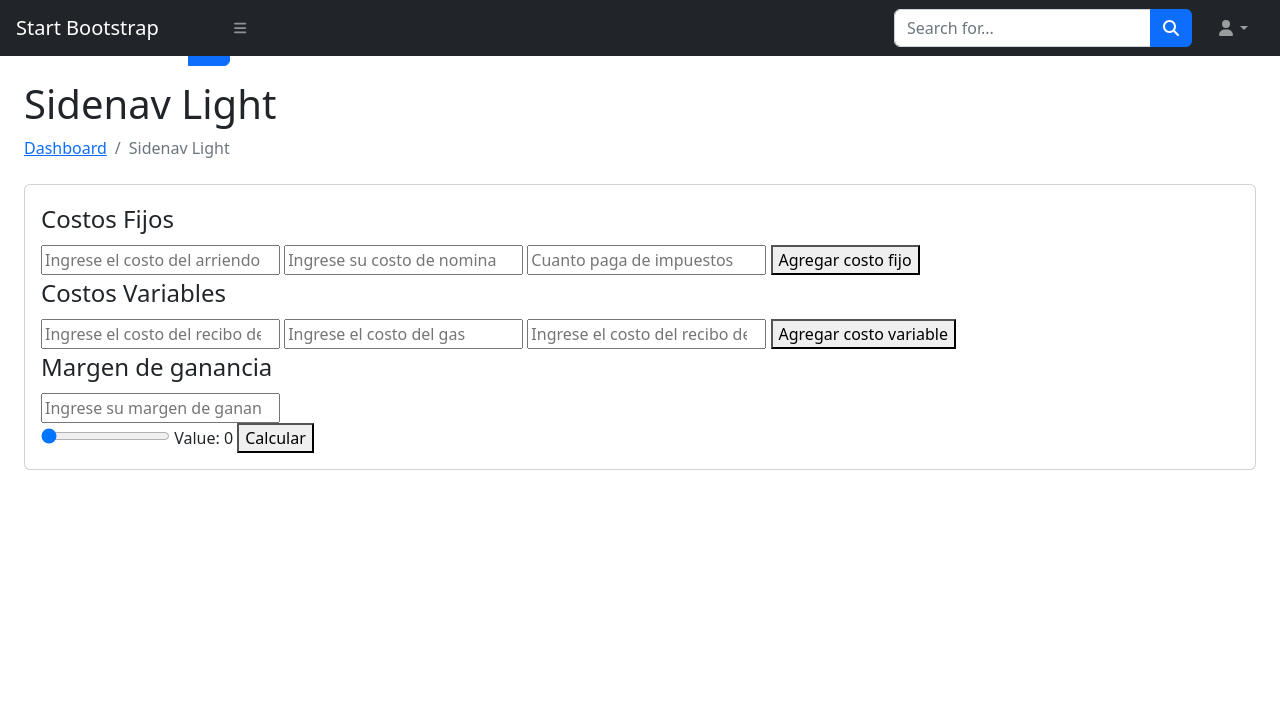
Repository: EstefaMH/Dashboard
Page: costs.html
An editor plug-in stored every save of this project. The page is shown before and after a run of saves, followed by the edit.
The browser window is 1280 px wide. The pictures show the whole page.
Some web libraries are served in a nearby version.

Above is the page before, as saved 2023-12-25 22:05:51.

### costs.html
<!DOCTYPE html>
<html lang="en">

<head>
    <meta charset="utf-8" />
    <meta http-equiv="X-UA-Compatible" content="IE=edge" />
    <meta name="viewport" content="width=device-width, initial-scale=1, shrink-to-fit=no" />
    <meta name="description" content="" />
    <meta name="author" content="" />
    <title>Sidenav Light - SB Admin</title>
    <link href="styles/styles.css" rel="stylesheet" />
    <script src="https://use.fontawesome.com/releases/v6.3.0/js/all.js" crossorigin="anonymous"></script>
</head>

<body class="sb-nav-fixed">
    <navbar-component></navbar-component>
    <div id="layoutSidenav">
        <div id="layoutSidenav_nav">
            <navbar-component></navbar-component>
        </div>
        <div id="layoutSidenav_content">
            <main>
                <div class="container-fluid px-4">
                    <h1 class="mt-4">Sidenav Light</h1>
                    <ol class="breadcrumb mb-4">
                        <li class="breadcrumb-item"><a href="index.html">Dashboard</a></li>
                        <li class="breadcrumb-item active">Sidenav Light</li>
                    </ol>
                    <div class="card mb-4">
                        <div class="card-body">
                            <form name="form_costs" class="form_costs" id="form_costs" onsubmit="submitFormCosts()">
                                <fieldset id="fixed_costs_container" class="costs_fieldset">
                                    <legend>Costos Fijos</legend>
                                    <input required min="0" name="arriendo" type="number"
                                        placeholder="Ingrese el costo del arriendo" />
                                    <input required min="0" name="nomina" type="number"
                                        placeholder="Ingrese su costo de nomina" />
                                    <input required min="0" name="impuestos" type="number"
                                        placeholder="Cuanto paga de impuestos" />
                                    <button onclick="addCost('fixed_costs_container')" id="add_fixed_cost">Agregar costo
                                        fijo</button>
                                </fieldset>

                                <fieldset id="variable_costs_container" class="costs_fieldset">
                                    <legend>Costos Variables</legend>
                                    <input required min="0" name="agua" type="number"
                                        placeholder="Ingrese el costo del recibo del agua" />
                                    <input required min="0" name="gas" type="number"
                                        placeholder="Ingrese el costo del gas" />
                                    <input required min="0" name="luz" type="number"
                                        placeholder="Ingrese el costo del recibo de la luz" />
                                    <button onclick="addCost('variable_costs_container')" id="add_variable_cost">Agregar
                                        costo variable</button>
                                </fieldset>

                                <fieldset id="" class="costs_fieldset">
                                    <legend>Margen de ganancia</legend>
                                    <input required min="0" name="agua" type="number"
                                        placeholder="Ingrese su margen de ganancia" />
                                </fieldset>

                                <input id="range" type="range" value="0" step="1" min="0" max="10000"
                                    onchange="getRange()" />
                                <label>Value: <span id="value_range">0</span></label>



                                <button type="submit" class="btn_form_costs">Calcular</button>
                            </form>
                        </div>
                    </div>
                </div>
            </main>
            <footer-component></footer-component>
        </div>
    </div>
    <script src="https://cdn.jsdelivr.net/npm/bootstrap@5.2.3/dist/js/bootstrap.bundle.min.js"
        crossorigin="anonymous"></script>
    <script src="js/scripts.js"></script>
    <script src="components/NavBar.js"></script>
</body>

</html>

### js/scripts.js
/*!
    * Start Bootstrap - SB Admin v7.0.7 (https://startbootstrap.com/template/sb-admin)
    * Copyright 2013-2023 Start Bootstrap
    * Licensed under MIT (https://github.com/StartBootstrap/startbootstrap-sb-admin/blob/master/LICENSE)
    */
    //
// Scripts
//

window.addEventListener('DOMContentLoaded', event => {

    // Toggle the side navigation
    const sidebarToggle = document.body.querySelector('#sidebarToggle');
    if (sidebarToggle) {
        // Uncomment Below to persist sidebar toggle between refreshes
        // if (localStorage.getItem('sb|sidebar-toggle') === 'true') {
        //     document.body.classList.toggle('sb-sidenav-toggled');
        // }
        sidebarToggle.addEventListener('click', event => {
            event.preventDefault();
            document.body.classList.toggle('sb-sidenav-toggled');
            localStorage.setItem('sb|sidebar-toggle', document.body.classList.contains('sb-sidenav-toggled'));
        });
    }

});

### components/NavBar.js
class NavBarComponent extends HTMLElement {

    constructor() {
        super();
        this.render();
    }

    render() {
        this.innerHTML =
            `
            <nav class="sb-topnav navbar navbar-expand navbar-dark bg-dark">
            <!-- Navbar Brand-->
            <a class="navbar-brand ps-3" href="index.html">Start Bootstrap</a>
            <!-- Sidebar Toggle-->
            <button class="btn btn-link btn-sm order-1 order-lg-0 me-4 me-lg-0" id="sidebarToggle" href="#!"><i class="fas fa-bars"></i></button>
            <!-- Navbar Search-->
            <form class="d-none d-md-inline-block form-inline ms-auto me-0 me-md-3 my-2 my-md-0">
                <div class="input-group">
                    <input class="form-control" type="text" placeholder="Search for..." aria-label="Search for..." aria-describedby="btnNavbarSearch" />
                    <button class="btn btn-primary" id="btnNavbarSearch" type="button"><i class="fas fa-search"></i></button>
                </div>
            </form>
            <!-- Navbar-->
            <ul class="navbar-nav ms-auto ms-md-0 me-3 me-lg-4">
                <li class="nav-item dropdown">
                    <a class="nav-link dropdown-toggle" id="navbarDropdown" href="#" role="button" data-bs-toggle="dropdown" aria-expanded="false"><i class="fas fa-user fa-fw"></i></a>
                    <ul class="dropdown-menu dropdown-menu-end" aria-labelledby="navbarDropdown">
                        <li><a class="dropdown-item" href="#!">Settings</a></li>
                        <li><a class="dropdown-item" href="#!">Activity Log</a></li>
                        <li><hr class="dropdown-divider" /></li>
                        <li><button class="dropdown-item" id="btn-logout">Cerrar Sesión</button></li>
                    </ul>
                </li>
            </ul>
        </nav>


        `
    }
}

customElements.define("navbar-component", NavBarComponent);

### components/Footer.js
class FooterComponent extends HTMLElement {

    constructor() {
        super();
        this.render();
    }

    render() {
        this.innerHTML =
            `
            <footer class="py-4 bg-light mt-auto">
                <div class="container-fluid px-4">
                    <div class="d-flex align-items-center justify-content-between small">
                        <div class="text-muted">Desarrolado &copy; por: </div>
                        <div>
                            <a href="https://www.linkedin.com/in/estefan%C3%ADa-moncaleano">Estefanía Moncaleano</a>
                            &middot;
                            <a href="https://portafolio-react-og8w6l76g-estefamh.vercel.app/skills">Portafolio </a>
                        </div>
                    </div>
                </div>
            </footer>
                `
    }
}

customElements.define("footer-component", FooterComponent);

Loaded but not shown: styles/styles.css (library)

After the next 4 saves:
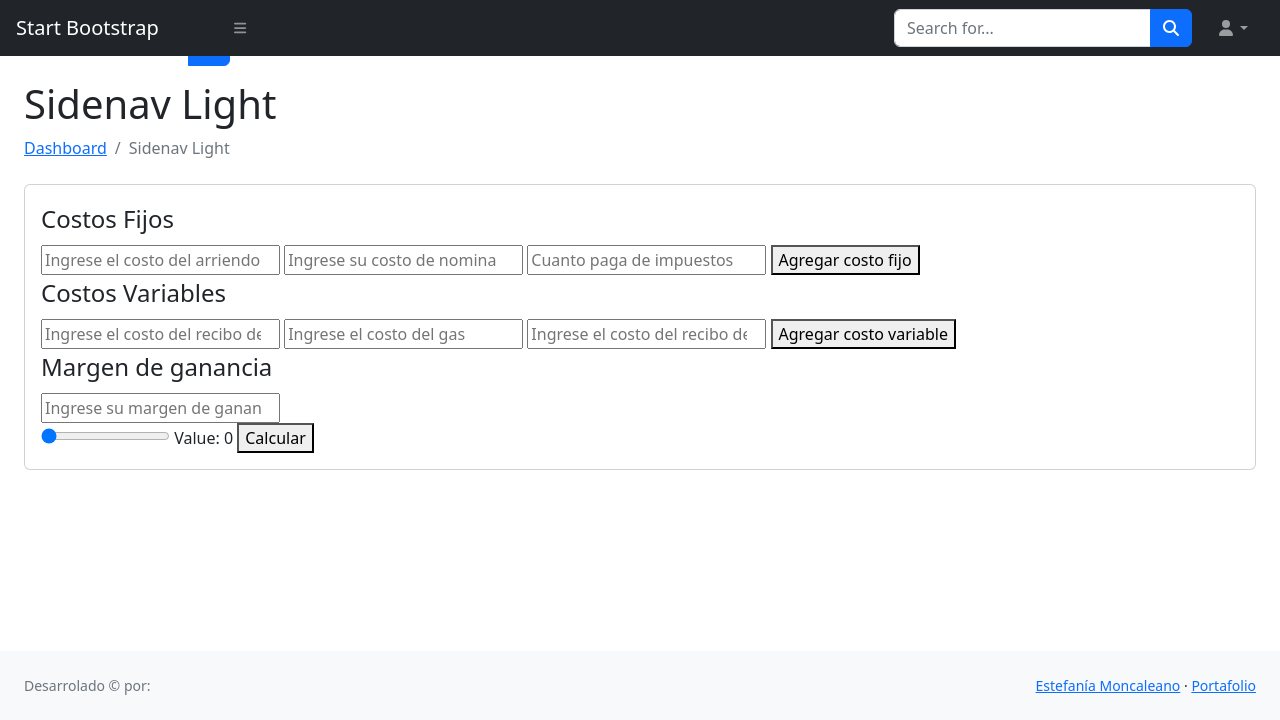
The 4 saves are shown as one change because they came seconds apart.
The last was saved 12 s later.
--- a/costs.html
+++ b/costs.html
@@ -78,6 +78,7 @@
         crossorigin="anonymous"></script>
     <script src="js/scripts.js"></script>
     <script src="components/NavBar.js"></script>
+    <script src="components/Footer.js"></script>
 </body>
 
 </html>
